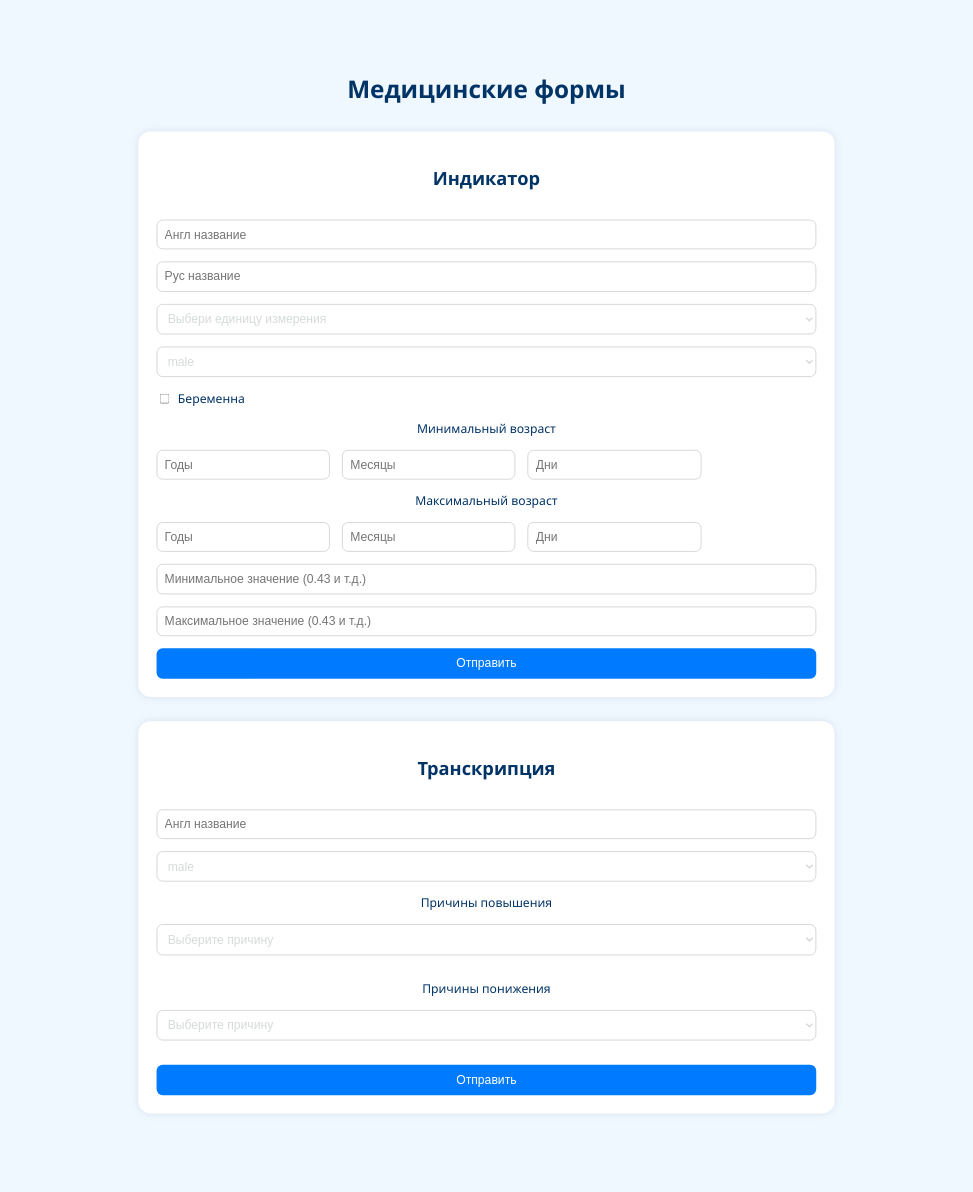
Repository: GGlebux/Transay
Page: / (app in frontend/)
These files come from the project's save history. The page is drawn as it stood at one moment and after a run of saves; the edit follows.
The browser window is 1280 px wide. The pictures show the whole page, at 76% of full size.
The project was rebuilt for these pictures with package versions that can differ from the ones it lists, and the page was loaded fresh each time. Also part of the build but not shown: frontend/vite.config.ts.

Above is the page before, as saved 2025-08-04 16:26:29.

After the next 3 saves:
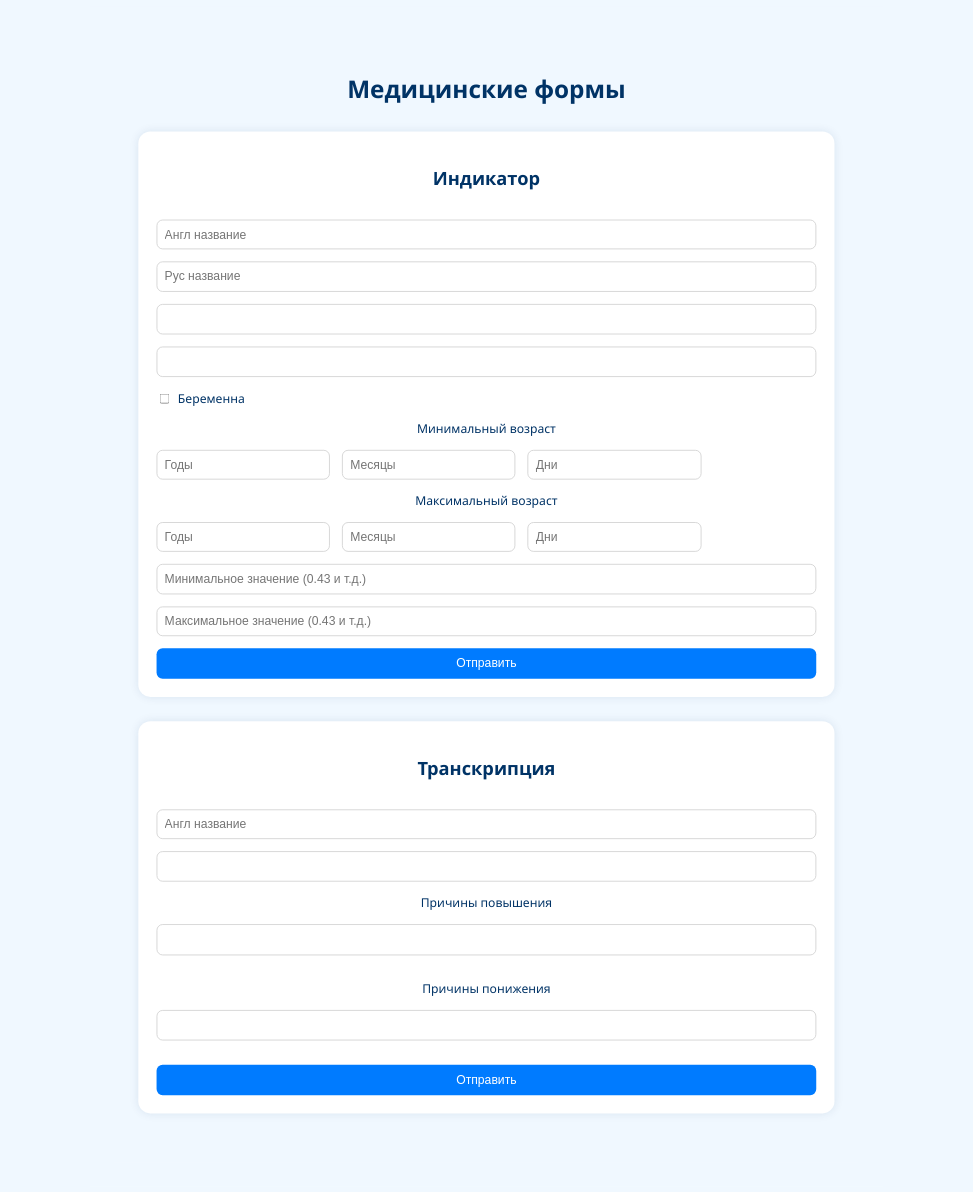
The 3 saves are shown as one change because they came seconds apart.
The last was saved 12 s later.
--- a/frontend/src/index.css
+++ b/frontend/src/index.css
@@ -15,5 +15,5 @@
 
 input, select {
   background: #ffffff;
-  color: #3443;
+  color: rgba(137, 139, 139, 0);
 }
